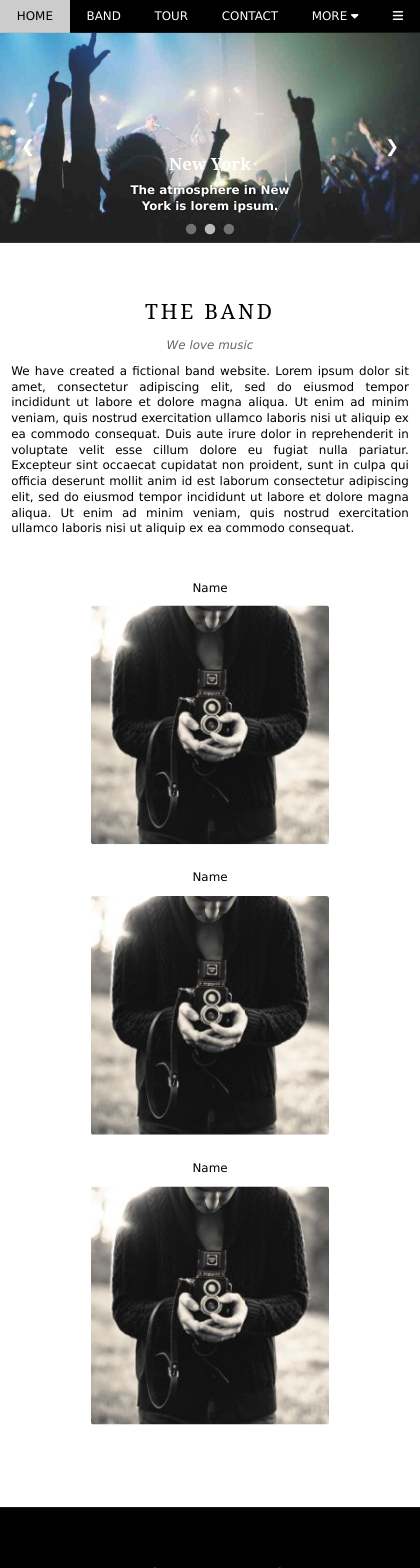
Repository: tam1512/The-Band
Page: index.html
These files come from the project's save history. The page is drawn as it stood at one moment and after a run of saves; the edit follows.
The browser window is 600 px wide. The pictures show the part of the page from y = 0 to 2240 px (the page is 5666 px tall), at 70% of full size.
Some web libraries are served in a nearby version.

Above is the page before, as saved 2022-07-28 11:12:09.

After the next 2 saves:
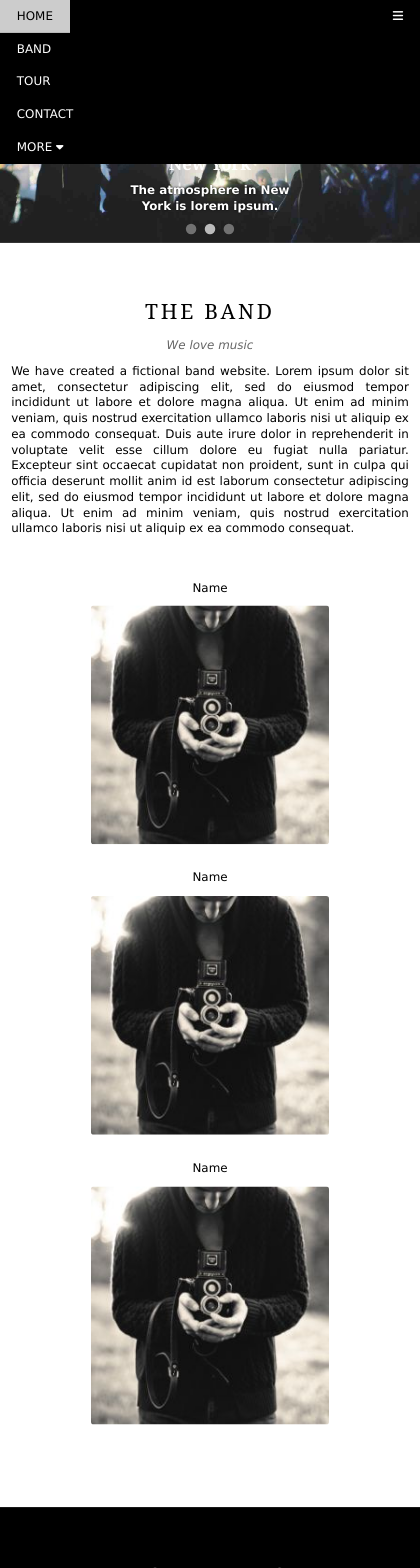
The 2 saves are shown as one change because they came seconds apart.
The last was saved 33 s later.
--- a/assets/css/responsive.css
+++ b/assets/css/responsive.css
@@ -47,7 +47,7 @@
   }
 
   .header_nav > li {
-    display: block;
+    float: none;
   }
 }
 
